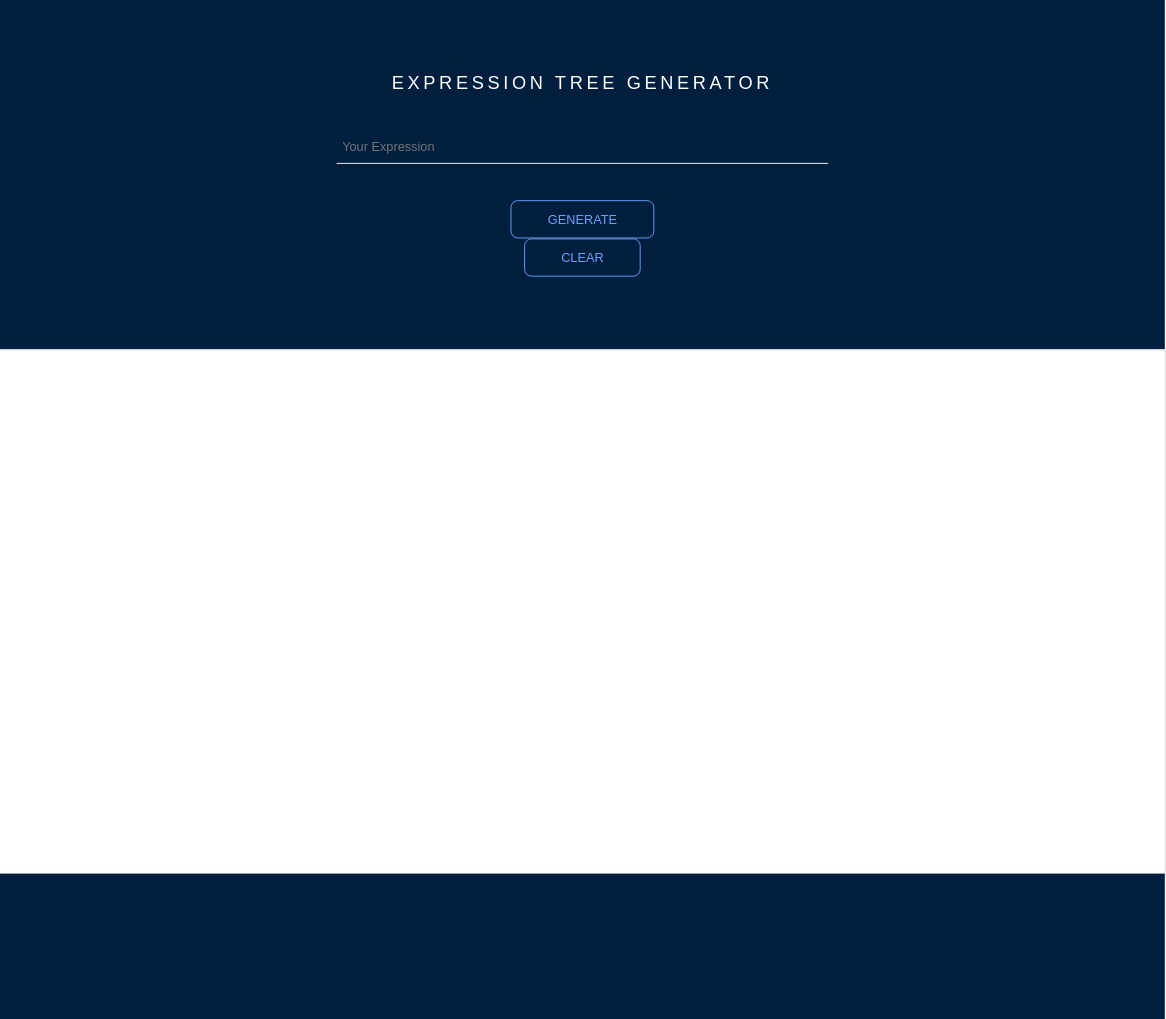
Repository: lnogueir/expression-tree-gen
Page: index.html
An editor plug-in stored every save of this project. The page is shown before and after the next save, followed by the edit.
The browser window is 1280 px wide. The page is 1281 px wide, so the pictures cover 1281 px, including what lies to the right of the window. The pictures show the whole page, at 91% of full size.

Above is the page before, as saved 2020-03-15 19:23:28.

After the next save:
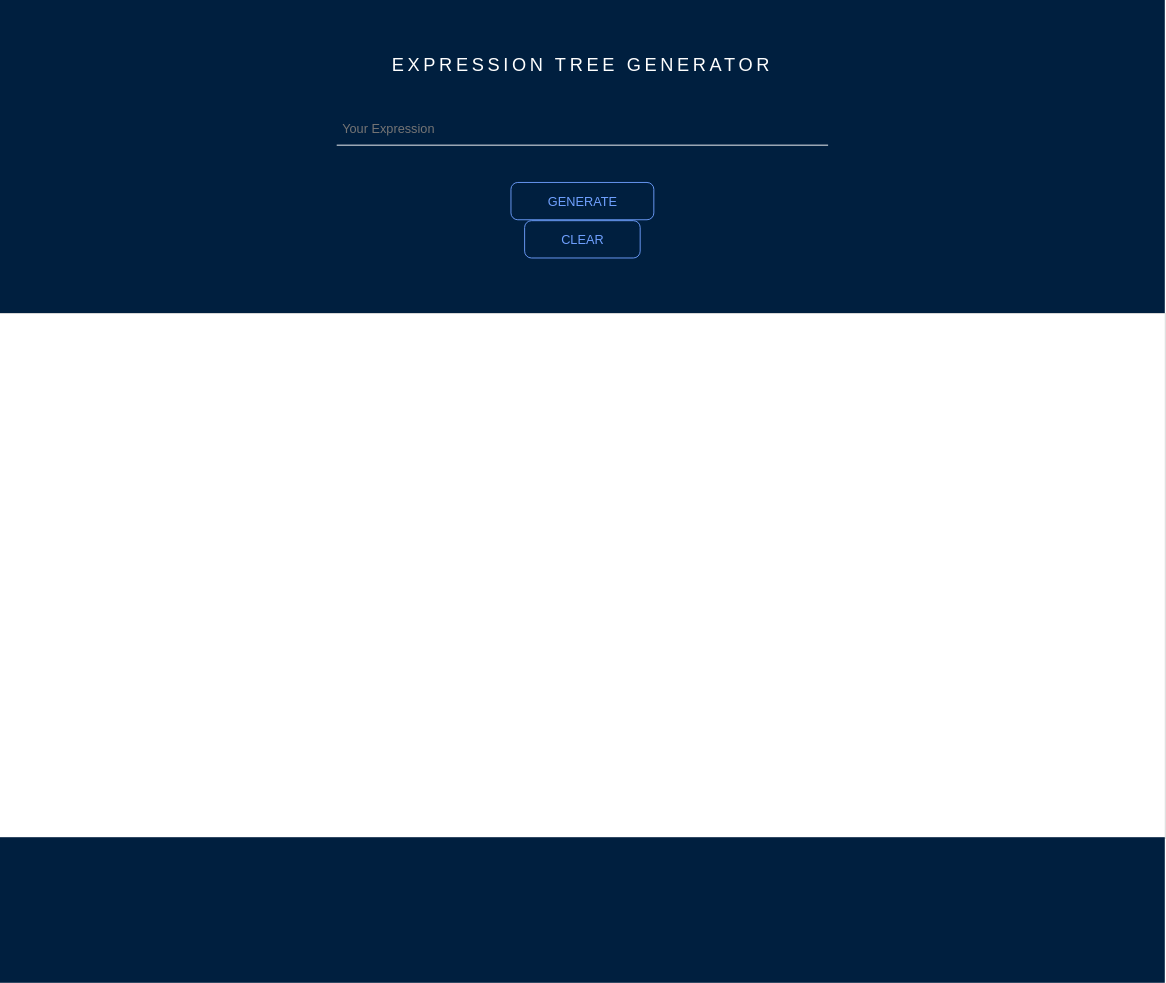
Saved 15 s later.
--- a/app.css
+++ b/app.css
@@ -6,7 +6,7 @@
   }
   .contact-section{
     background: #001f3f;
-    padding: 80px 0;
+    padding: 60px 0;
     text-align: center;
   }
 
